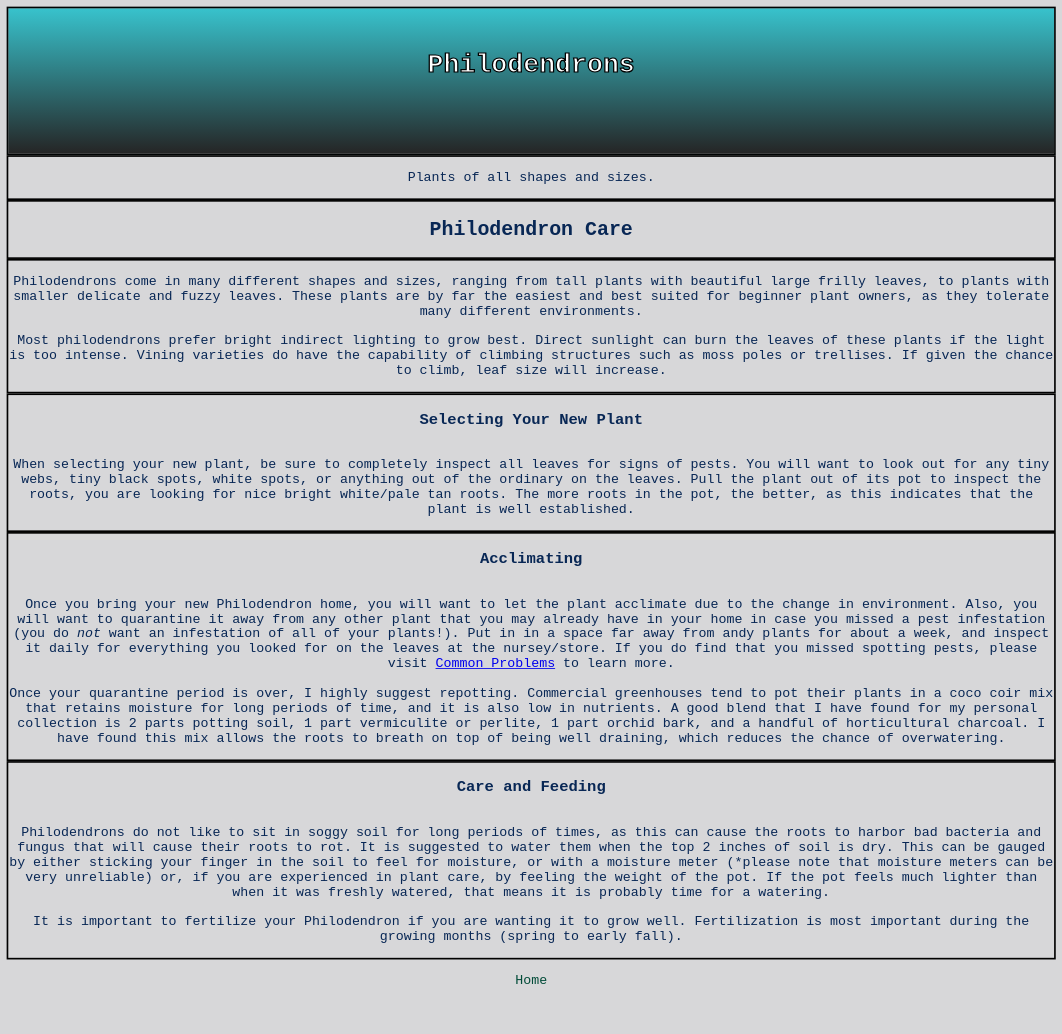
Repository: swillis91/odin-recipies
Page: Planty Page/philodendrons.html
An editor plug-in stored every save of this project. The page is shown before and after the next save, followed by the edit.
The browser window is 1280 px wide. The pictures show the whole page, at 83% of full size.

Above is the page before, as saved 2023-08-14 23:58:58.

### Planty Page/philodendrons.html
<!DOCTYPE html>
    <html>
        <head>
            <title>Calatheas</title>
            <link href="style.css" rel="stylesheet"
        </head>
        <body>
            <div class="Header">
            <h1 class="heading">Philodendrons</h1>
            </div>
            <div class="box">
              <p>Plants of all shapes and sizes.</p>
            </div>
            <div class="box">
            <h2 class="species">Philodendron Care</h2>
            </div>
            <div class="box">
                <p class="care">Philodendrons come in many different shapes and sizes, ranging from tall plants with beautiful large frilly leaves, to plants with smaller delicate and fuzzy leaves. These plants are by far the easiest and best suited for beginner plant owners, as they tolerate many different environments.
                <br>
                <br>
                Most philodendrons prefer bright indirect lighting to grow best. Direct sunlight can burn the leaves of these plants if the light is too intense. Vining varieties do have the capability of climbing structures such as moss poles or trellises. If given the chance to climb, leaf size will increase.</p>
            </div>
            <div class="box">
                <h3>Selecting Your New Plant</h3>
                <p>When selecting your new plant, be sure to completely inspect all leaves for signs of pests. You will want to look out for any tiny webs, tiny black spots, white spots, or anything out of the ordinary on the leaves. Pull the plant out of its pot to inspect the roots, you are looking for nice bright white/pale tan roots. The more roots in the pot, the better, as this indicates that the plant is well established.</p>
            </div>
            <div class="box">
                <h3>Acclimating</h3>
                <p>Once you bring your new Philodendron home, you will want to let the plant acclimate due to the change in environment. Also, you will want to quarantine it away from any other plant that you may already have in your home in case you missed a pest infestation (you do <em>not</em> want an infestation of all of your plants!). Put in in a space far away from andy plants for about a week, and inspect it daily for everything you looked for on the leaves at the nursey/store. If you do find that you missed spotting pests, please visit <a href='./problems'>Common Problems</a> to learn more.
                <br><br>
                Once your quarantine period is over, I highly suggest repotting. Commercial greenhouses tend to pot their plants in a coco coir mix that retains moisture for long periods of time, and it is also low in nutrients. A good blend that I have found for my personal collection is 2 parts potting soil, 1 part vermiculite or perlite, 1 part orchid bark, and a handful of horticultural charcoal. I have found this mix allows the roots to breath on top of being well draining, which reduces the chance of overwatering.</p>
            </div>
            <div class="box">
                <h3>Care and Feeding</h3>
                    <p>Philodendrons do not like to sit in soggy soil for long periods of times, as this can cause the roots to harbor bad bacteria and fungus that will cause their roots to rot. It is suggested to water them when the top 2 inches of soil is dry. This can be gauged by either sticking your finger in the soil to feel for moisture, or with a moisture meter (*please note that moisture meters can be very unreliable) or, if you are experienced in plant care, by feeling the weight of the pot. If the pot feels much lighter than when it was freshly watered, that means it is probably time for a watering.
                        <br><br>
                    It is important to fertilize your Philodendron if you are wanting it to grow well. Fertilization is most important during the growing months (spring to early fall).
                    </p>
            </div>
              </p>
                <!--img src="./Images/makoyana.webp" id="calathea makoyana" width="700px"-->
            <footer>
                <nav>
                    <a href="./index.html" class="navigation">Home</a>

                </nav>
            </footer>
        </body>
    </html>

### Planty Page/style.css
body{
    background-color: rgb(215, 215, 217);
    color:rgb(8, 39, 85);
    text-align: center;
    font-family: 'Permanent Marker', cursive;
    font-family: 'Space Mono', monospace;
}

.heading{
    color: rgb(0, 0, 0);
    -webkit-text-fill-color: rgb(255, 255, 255);
    -webkit-text-stroke-width: 1.5px;
    -webkit-text-stroke-color: rgb(0, 0, 0);
    text-transform: capitalize;
    border: 2px solid rgb(0, 3, 3);
    background-image: linear-gradient(rgba(15, 189, 201, 0.795), rgba(0, 0, 0, 0.827));
    height: 75px;
    margin: 0 auto;
    padding:50px 20px;

}

div.box{
    border:2px solid black;
    display: flex;
    margin-left: auto;
    flex-direction:column;
    align-content: center;
}

#calathea-makoyana{
    width: 500px;
    Height: auto:
}

.navigation{
    color:rgb(1, 75, 56);
    text-decoration: none;
}

a:hover{
    color: rgb(20, 220, 2);
    background-color: rgb(5, 55, 1);
}

After the next save:
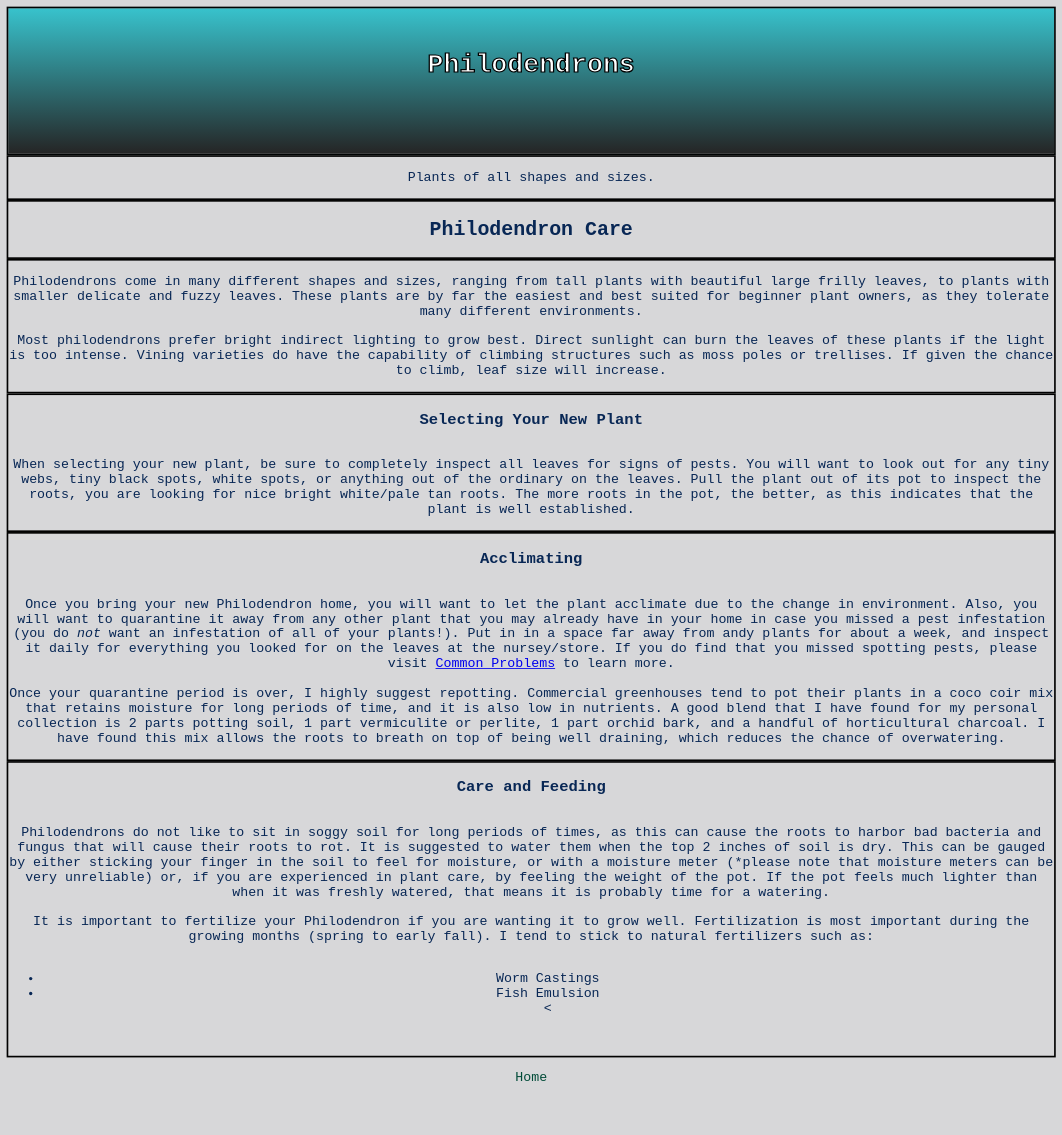
Saved 54 s later.
--- a/Planty Page/philodendrons.html
+++ b/Planty Page/philodendrons.html
@@ -34,7 +34,12 @@
                 <h3>Care and Feeding</h3>
                     <p>Philodendrons do not like to sit in soggy soil for long periods of times, as this can cause the roots to harbor bad bacteria and fungus that will cause their roots to rot. It is suggested to water them when the top 2 inches of soil is dry. This can be gauged by either sticking your finger in the soil to feel for moisture, or with a moisture meter (*please note that moisture meters can be very unreliable) or, if you are experienced in plant care, by feeling the weight of the pot. If the pot feels much lighter than when it was freshly watered, that means it is probably time for a watering.
                         <br><br>
-                    It is important to fertilize your Philodendron if you are wanting it to grow well. Fertilization is most important during the growing months (spring to early fall).
+                    It is important to fertilize your Philodendron if you are wanting it to grow well. Fertilization is most important during the growing months (spring to early fall). I tend to stick to natural fertilizers such as:
+                        <ul>
+                            <li>Worm Castings</li>
+                            <li>Fish Emulsion</li>
+                            <
+                        </ul>
                     </p>
             </div>
               </p>
